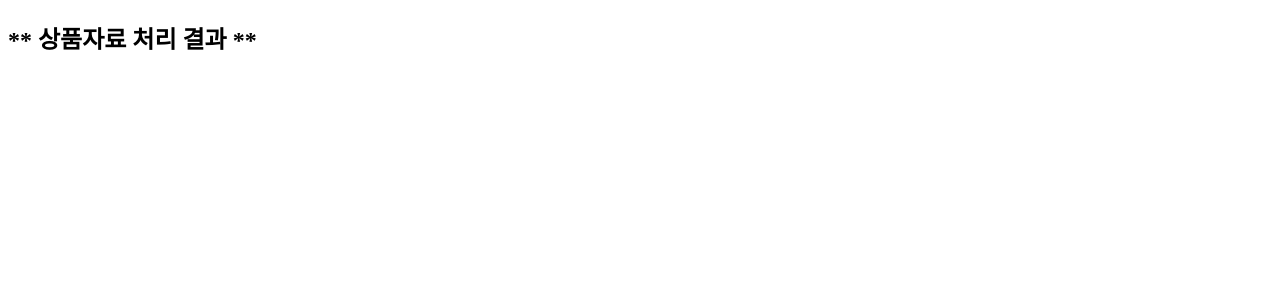
Repository: offbr/Spring
Page: http://localhost/spring_mvc19_json_db/sangpumlist.jsp
These files come from the project's save history. The page is drawn as it stood at one moment and after the next save; the edit follows.
The browser window is 1280 px wide. The pictures show the whole page.
The page is served by Tomcat 9. Nobody is signed in. The application's start-up code is not run. Other server files are loaded and not shown.

Above is the page before, as saved 2016-10-14 02:16:10.

### spring_mvc19_json_db/src/main/webapp/sangpumlist.jsp
<%@ page language="java" contentType="text/html; charset=UTF-8"
    pageEncoding="UTF-8"%>
<!DOCTYPE html>
<html>
<head>
<meta http-equiv="Content-Type" content="text/html; charset=UTF-8">
<title>Insert title here</title>
<script src="https://ajax.googleapis.com/ajax/libs/jquery/1.12.4/jquery.min.js"></script>
<script type="text/javascript">
$(document).ready(function(){

});

</script>
</head>
<body>
<h2> ** 상품자료 처리 결과 **</h2>
</body>
</html>

After the next save:
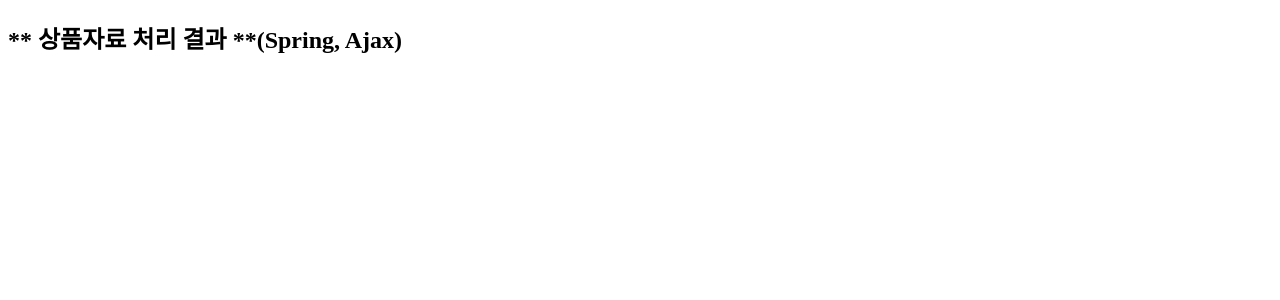
Saved 18 s later.
--- a/spring_mvc19_json_db/src/main/webapp/sangpumlist.jsp
+++ b/spring_mvc19_json_db/src/main/webapp/sangpumlist.jsp
@@ -14,6 +14,6 @@
 </script>
 </head>
 <body>
-<h2> ** 상품자료 처리 결과 **</h2>
+<h2> ** 상품자료 처리 결과 **(Spring, Ajax)</h2>
 </body>
 </html>
